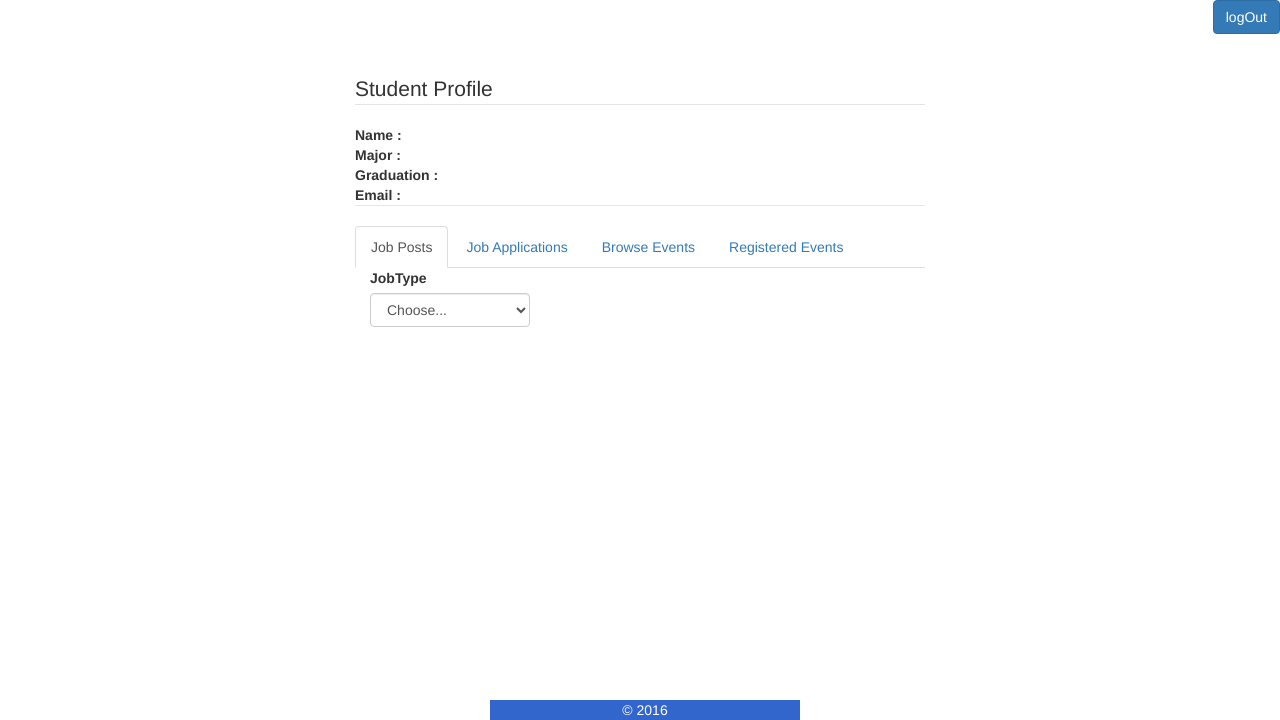
Repository: merlynfrank/AcademicProjects
Page: http://localhost/studenthome
An editor plug-in stored every save of this project. The page is shown before and after the next save, followed by the edit.
The browser window is 1280 px wide. The pictures show the whole page.
The page is this project's Thymeleaf template; nobody is signed in. The template is opened directly, without the code that normally fills it, so the values that code supplies are empty.

Above is the page before, as saved 2018-12-01 02:44:23.

### smith-is-internship/src/main/resources/templates/studenthome.html
<!DOCTYPE html>
<html xmlns:th="http://thymeleaf.org">
<head>
<link th:href="@{/css/bootstrap.min.css}" rel="stylesheet"
	type="text/css"></link>
<link th:href="@{/css/layout.css}" rel="stylesheet" type="text/css"></link>
<script type="text/javascript" th:src="@{/js/jquery-3.1.0.min.js}"></script>
<script type="text/javascript" th:src="@{/js/bootstrap.min.js}"></script>

</head>
<style>
.footer {
	position: absolute;
	right: 37.5%;
	left: 50%;
	bottom: 0px;
	width: 100;
	background: #3366cc;
	color: white;
	text-align: center;
	margin-left: -150px
}

.grid-container {
	display: grid;
	grid-template-columns: 50% 50%;
}

.collapsible {
	backgroound-color: #eee;
	color: #444;
	cursor: pointer;
	padding: 18px;
	width: 100%;
	border: none;
	text-align: left;
	outline: none;
	font-size: 15px;
}

.active, .collapsible:hover {
	backgroound-color: #ccc;
}

.content {
	padding: 0 18px;
	display: none;
	overflow: hidden;
	background-color: #f1f1f1;
}
</style>
<body>
	<!-- LogOut button -->
	<form th:action="@{/login}" th:object="${loginForm}">
		<div align="right">
			<button id="logOut" name="logOut" class="btn btn-primary">logOut</button>
		</div>
	</form>
	<br />
	<br />
	<div class="container">
		<form class="form-horizontal" th:action="@{/login}"
			th:object="${loginForm}" method="post">
			<fieldset>

				<!-- Form Name -->
				<legend>Student Profile</legend>
				<table>
					<tr>
						<th>Name :</th>
						<td><span th:text="${fname}"> ${fname} </span><span
							th:text="${lname}">${lname}</span></td>
					</tr>
					<tr>
						<th>Major :</th>
						<td><span th:text="${major}"> ${major} </span></td>
					</tr>
					<tr>
						<th>Graduation :</th>
						<td><span th:text="${graduation}"> ${graduation} </span></td>
					</tr>
					<tr>
						<th>Email :</th>
						<td><span th:text="${email}"> ${email} </span></td>
					</tr>
				</table>

			</fieldset>
		</form>

		<script type="text/javascript" th:src="@{/js/jquery-3.1.0.min.js}"></script>
		<script type="text/javascript" th:src="@{/js/bootstrap.min.js}"></script>
	</div>

	<!-- Table for Search jobs and Applied jobs -->
	<div class="container">
		<legend></legend>
	</div>

	<div id="exTab2" class="container">
		<ul class="nav nav-tabs">
			<li class="active"><a href="#1" data-toggle="tab">Job Posts</a>
			</li>
			<li><a href="#2" data-toggle="tab">Job Applications</a></li>
			<li><a href="#3" data-toggle="tab">Browse Events</a></li>
			<li><a href="#4" data-toggle="tab">Registered Events</a></li>
		</ul>

		<div class="tab-content ">
			<div class="tab-pane active" id="1">
				<div class="form-group col-md-4">
					<label for="jobType">JobType</label> <select id="jobType"
						class="form-control">
						<option selected="selected">Choose...</option>
						<option>FT</option>
						<option>Internship</option>
					</select>
				</div>
			</div>
			<div class="tab-pane" id="2">
				<h3>Notice the gap between the content and tab after applying a
					background color</h3>
			</div>
			<div class="tab-pane" id="3">
				<h3>add clearfix to tab-content (see the css)</h3>
			</div>
			<div class="tab-pane" id="4">
				<h3>add clearfix to tab-content (see the css)</h3>
			</div>
		</div>
	</div>


</body>
<div class="footer">&copy; 2016</div>

</html>

### smith-is-internship/src/main/resources/static/css/layout.css
.container {
    width: 600px;
    margin: auto;
}
.remember-me {
    text-align: center;
}
.btn-login {
    width: 100%;
}

Loaded but not shown: smith-is-internship/src/main/resources/static/css/bootstrap.min.css (library); smith-is-internship/src/main/resources/static/js/jquery-3.1.0.min.js (library); smith-is-internship/src/main/resources/static/js/bootstrap.min.js (library)

After the next save:
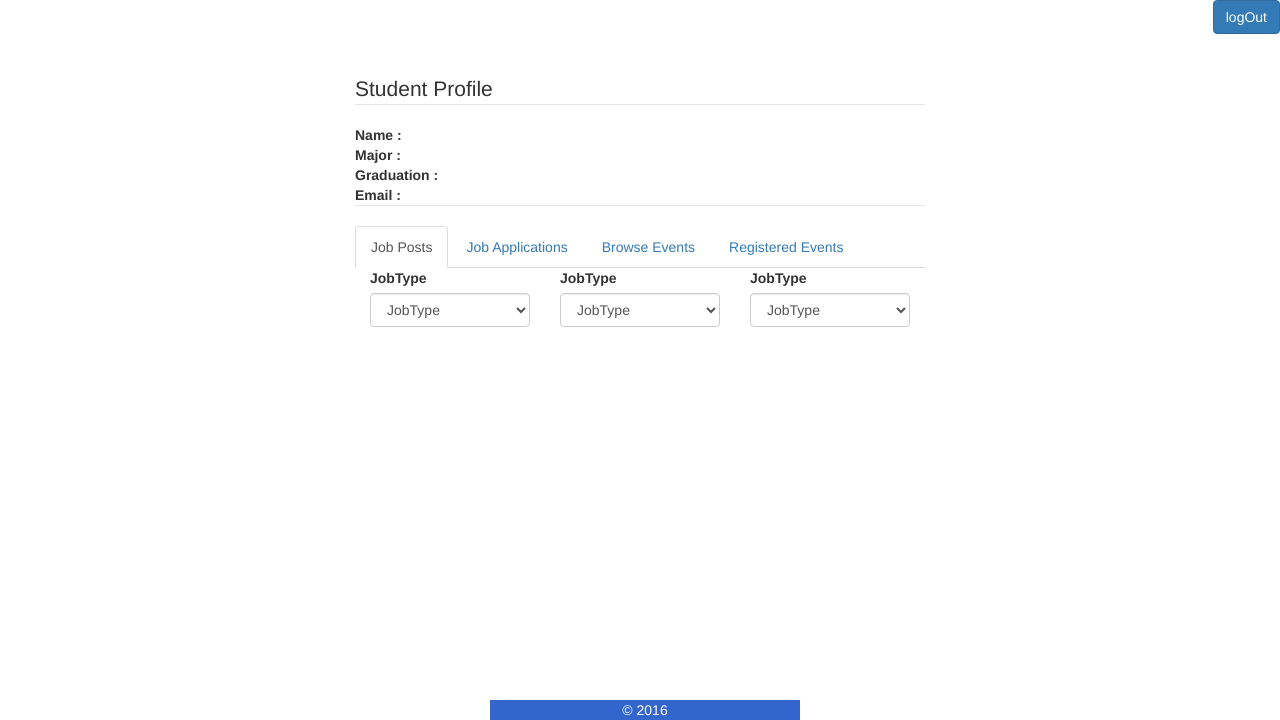
Saved 2 min 4 s later.
--- a/smith-is-internship/src/main/resources/templates/studenthome.html
+++ b/smith-is-internship/src/main/resources/templates/studenthome.html
@@ -111,7 +111,23 @@
 				<div class="form-group col-md-4">
 					<label for="jobType">JobType</label> <select id="jobType"
 						class="form-control">
-						<option selected="selected">Choose...</option>
+						<option selected="selected">JobType</option>
+						<option>FT</option>
+						<option>Internship</option>
+					</select>
+				</div>
+				<div class="form-group col-md-4">
+					<label for="jobType">JobType</label> <select id="joblocation"
+						class="form-control">
+						<option selected="selected">JobType</option>
+						<option>FT</option>
+						<option>Internship</option>
+					</select>
+				</div>
+				<div class="form-group col-md-4">
+					<label for="jobType">JobType</label> <select id="jobTitle"
+						class="form-control">
+						<option selected="selected">JobType</option>
 						<option>FT</option>
 						<option>Internship</option>
 					</select>
